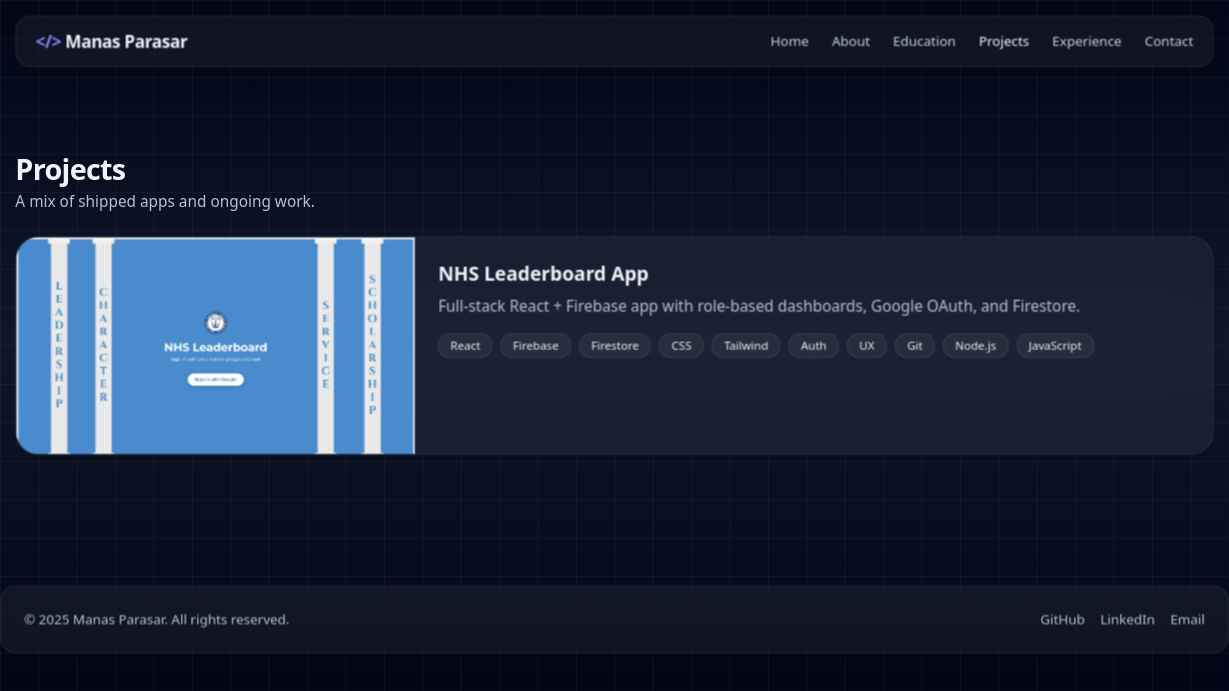
Repository: Manas-Parasar/portfolio-manas-parasar
Page: /projects
An editor plug-in stored every save of this project. The page is shown before and after the next save, followed by the edit.
The browser window is 1280 px wide. The pictures show the whole page, at 96% of full size.
The project was rebuilt for these pictures with package versions that can differ from the ones it lists, and the page was loaded fresh each time. Also part of the build but not shown: vite.config.js, src/components/Hero.jsx, src/pages/Home.jsx, src/pages/About.jsx, src/components/TimelineItem.jsx, src/pages/Experience.jsx, src/pages/Contact.jsx. Imported but missing from the stored project, and not drawn on this page: src/assets/Manas Parasar Resume.pdf.

Above is the page before, as saved 2025-10-12 22:47:18.

After the next save:
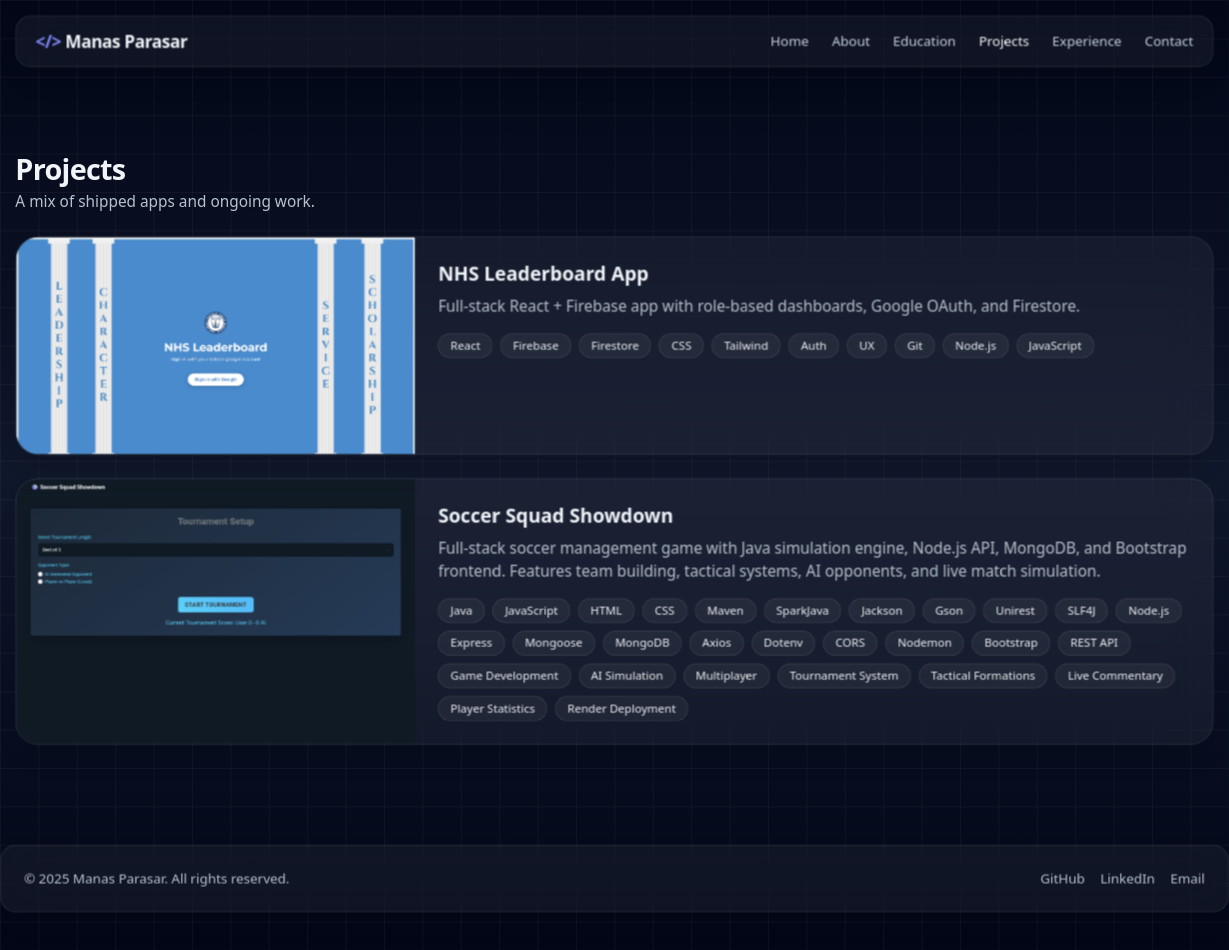
Saved 11 s later.
--- a/src/pages/Projects.jsx
+++ b/src/pages/Projects.jsx
@@ -23,6 +23,42 @@ export default function Projects() {
       link: "https://github.com/Manas-Parasar/NHS-Service-Hours-Leaderboard",
       img: nhsLeaderboardScreenshot,
     },
+    {
+      title: "Soccer Squad Showdown",
+      desc: "Full-stack soccer management game with Java simulation engine, Node.js API, MongoDB, and Bootstrap frontend. Features team building, tactical systems, AI opponents, and live match simulation.",
+      tags: [
+        "Java",
+        "JavaScript",
+        "HTML",
+        "CSS",
+        "Maven",
+        "SparkJava",
+        "Jackson",
+        "Gson",
+        "Unirest",
+        "SLF4J",
+        "Node.js",
+        "Express",
+        "Mongoose",
+        "MongoDB",
+        "Axios",
+        "Dotenv",
+        "CORS",
+        "Nodemon",
+        "Bootstrap",
+        "REST API",
+        "Game Development",
+        "AI Simulation",
+        "Multiplayer",
+        "Tournament System",
+        "Tactical Formations",
+        "Live Commentary",
+        "Player Statistics",
+        "Render Deployment",
+      ],
+      link: "https://github.com/Manas-Parasar/Soccer-Squad-Showdown",
+      img: soccerSquadShowdownScreenshot,
+    },
   ];
 
   return (
